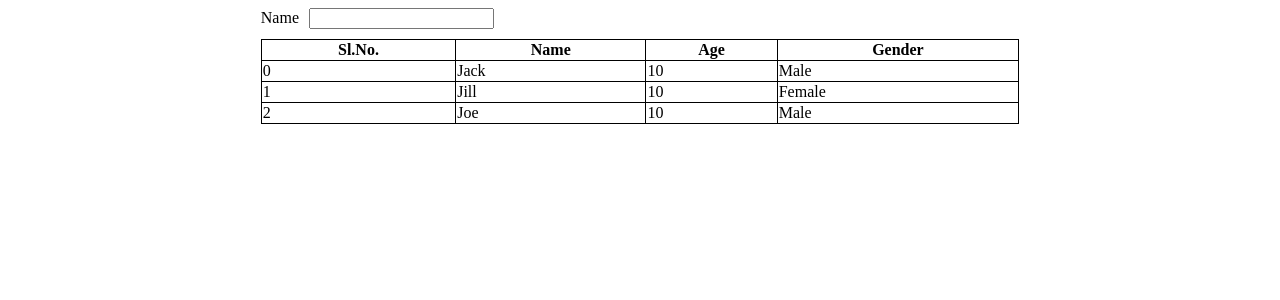
Repository: tysonpaul89/vue-student-crud
Page: /
An editor plug-in stored every save of this project. The page is shown before and after the next save, followed by the edit.
The browser window is 1280 px wide. The pictures show the whole page.
The project was rebuilt for these pictures with package versions that can differ from the ones it lists, and the page was loaded fresh each time.

Above is the page before, as saved 2020-04-10 17:23:05.

### src/App.vue
<template>
  <div id="app">
    <StudentForm />
    <StudentListng :studentArray="students" />
  </div>
</template>

<script>
import StudentListng from './components/StudentListng.vue';
import StudentForm from './components/StudentForm.vue';

export default {
  name: 'App',
  components: {
    StudentListng,
    StudentForm
  },
  data() {
    return {
      students: [
        { id:1, name: 'Jack', age: 10, gender: 'Male', birthMonth: 7, birthYear: 2008 },
        { id:2, name: 'Jill', age: 10, gender: 'Female', birthMonth: 7, birthYear: 2008 },
        { id:3, name: 'Joe', age: 10, gender: 'Male', birthMonth: 7, birthYear: 2008 },
      ]
    }
  }
}
</script>

<style>

</style>

### src/components/StudentListng.vue
<template>
  <table>
    <thead>
      <tr>
        <th>Sl.No.</th>
        <th>Name</th>
        <th>Age</th>
        <th>Gender</th>
      </tr>
    </thead>
    <tbody>
      <tr v-for="(student, index) in studentArray" :key="student.id">
        <td>{{ index }}</td>
        <td>{{ student.name }}</td>
        <td>{{ student.age }}</td>
        <td>{{ student.gender }}</td>
      </tr>
    </tbody>
  </table>
</template>

<script>
export default {
  props: {
    studentArray: Array
  }
};
</script>

<style scoped>
table {
  border-collapse: collapse;
  width: 60%;
  margin: 0 auto;
}

table,
td,
th {
  border: 1px solid black;
}
</style>

### src/components/StudentForm.vue
<template>
  <form>
    <div class="form-group">
      <label for="name">Name</label>
      <input type="text" id="name" name="name" v-model="studentForm.name">
    </div>
  </form>
</template>

<script>
export default {
  data() {
    return {
      studentForm: {
        name: "",
        gender: null,
        birthMonth: null,
        birthYear: null,
        age: 0
      }
    };
  }
};
</script>

<style scoped>
  .form-group {
    width: 60%;
    margin: 0 auto;
    margin-bottom: 10px;
  }

  .form-group label, input {
    margin-right: 10px;

  }
</style>

Loaded but not shown: public/index.html (common file); src/main.js (common file)

After the next save:
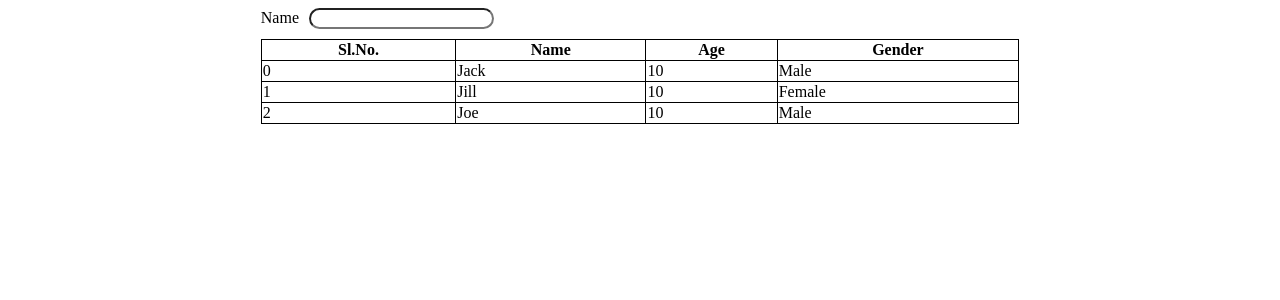
Saved 35 s later.
--- a/src/components/StudentForm.vue
+++ b/src/components/StudentForm.vue
@@ -32,6 +32,6 @@ export default {
 
   .form-group label, input {
     margin-right: 10px;
-
+    border-radius: 1em;
   }
 </style>
